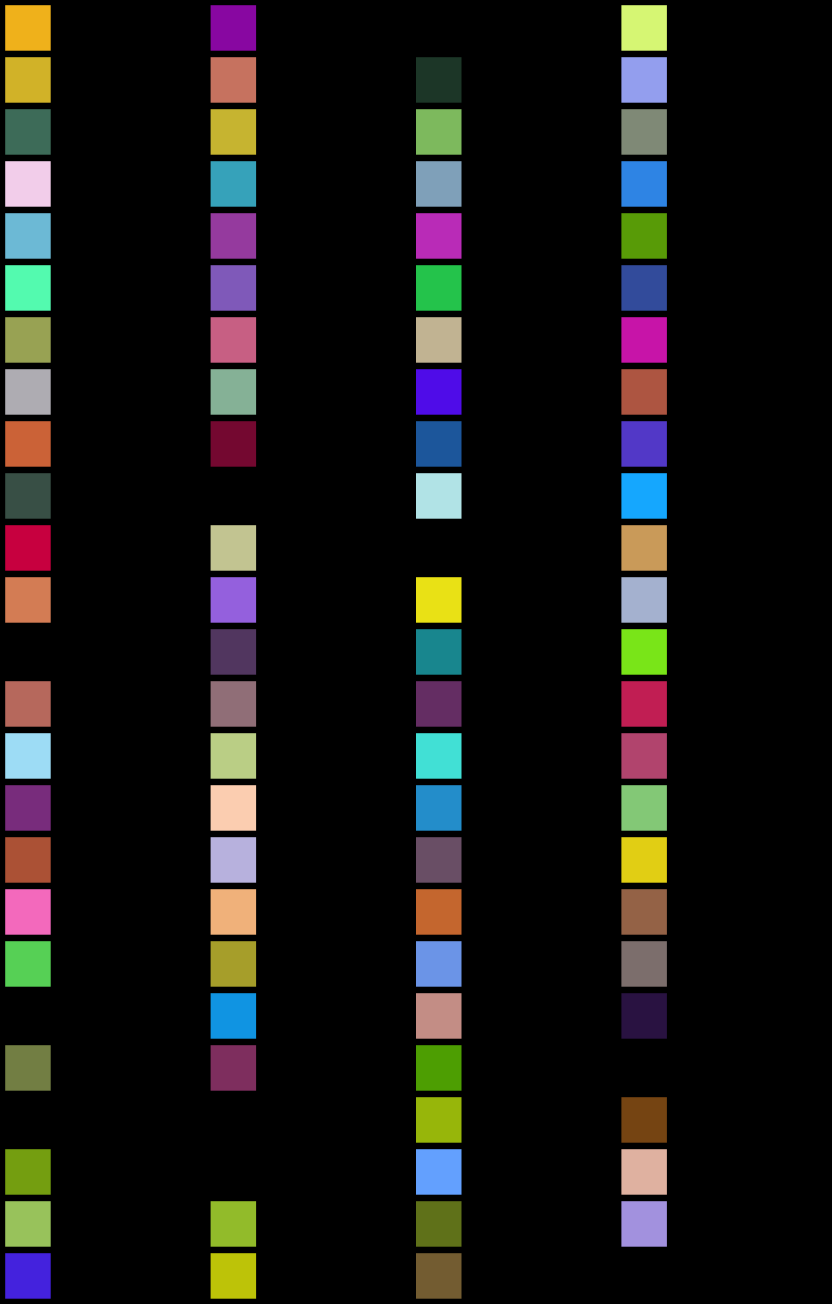
Repository: Modelc/ColorCodes
Page: index.html
These files come from the project's save history. The page is drawn as it stood at one moment and after the next save; the edit follows.
The browser window is 1280 px wide. The pictures show the whole page, at 65% of full size.

Above is the page before, as saved 2022-12-06 10:02:56.

### index.html
<!-- index.html -->
<html>
  <head>
    <title>Color Generator</title>
    <style>
      body {
        background-color: black;
      }

      #color-container {
        display: grid;
        grid-template-columns: repeat(4, 1fr);
        grid-row-gap: 10px;
      }

      .color-box {
        cursor: pointer;
        width: 70px;
        height: 70px;
      }

      .color-box:hover {
        position: relative;
      }

      .color-box:hover:after {
        content: attr(data-hex);
        position: absolute;
        bottom: 5px;
        right: 5px;
        background-color: white;
        padding: 5px;
      }
    </style>
  </head>
  <body>
    <div id="color-container"></div>
    <script>
      const colorContainer = document.getElementById("color-container");

      for (let i = 0; i < 100; i++) {
        // Generate a random color code in the hexadecimal format
        const colorCode = "#" + Math.floor(Math.random() * 16777215).toString(16);

        // Create a new "color-box" div element and set its background color to the generated color code
        const colorBox = document.createElement("div");
        colorBox.classList.add("color-box");
        colorBox.style.backgroundColor = colorCode;
        colorBox.setAttribute("data-hex", colorCode);

        // Add the "color-box" div element to the "color-container" div element
        colorContainer.appendChild(colorBox);
      }
    </script>
  </body

After the next save:
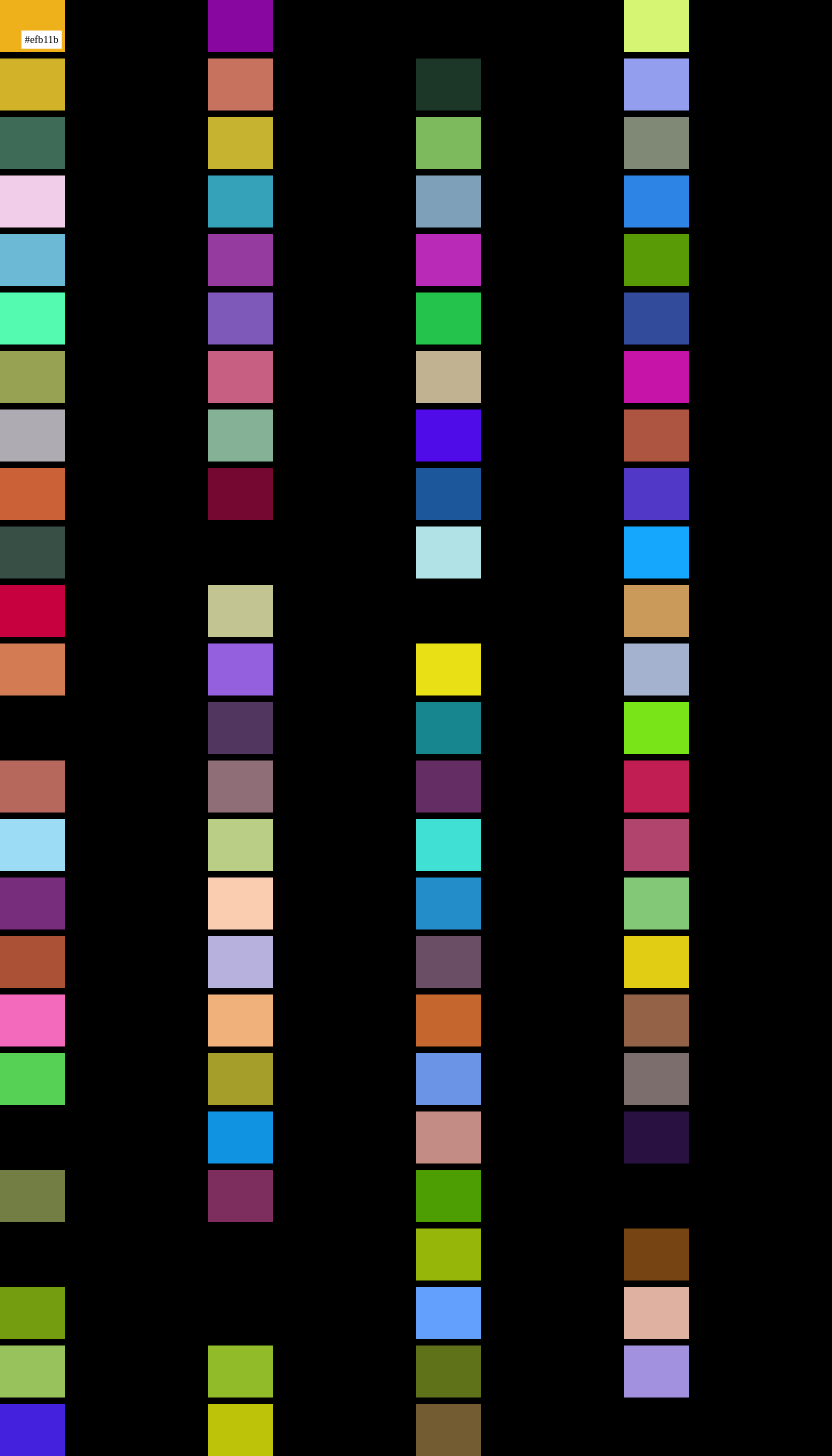
Saved 2 min 58 s later.
--- a/index.html
+++ b/index.html
@@ -4,6 +4,7 @@
     <title>Color Generator</title>
     <style>
       body {
+        margin: 0;
         background-color: black;
       }
 
@@ -11,12 +12,14 @@
         display: grid;
         grid-template-columns: repeat(4, 1fr);
         grid-row-gap: 10px;
+        justify-content: center;
+        align-items: center;
       }
 
       .color-box {
         cursor: pointer;
-        width: 70px;
-        height: 70px;
+        width: 100px;
+        height: 80px;
       }
 
       .color-box:hover {
@@ -40,7 +43,8 @@
 
       for (let i = 0; i < 100; i++) {
         // Generate a random color code in the hexadecimal format
-        const colorCode = "#" + Math.floor(Math.random() * 16777215).toString(16);
+        const colorCode =
+          "#" + Math.floor(Math.random() * 16777215).toString(16);
 
         // Create a new "color-box" div element and set its background color to the generated color code
         const colorBox = document.createElement("div");
@@ -52,4 +56,5 @@
         colorContainer.appendChild(colorBox);
       }
     </script>
-  </body
+  </body>
+</html>
